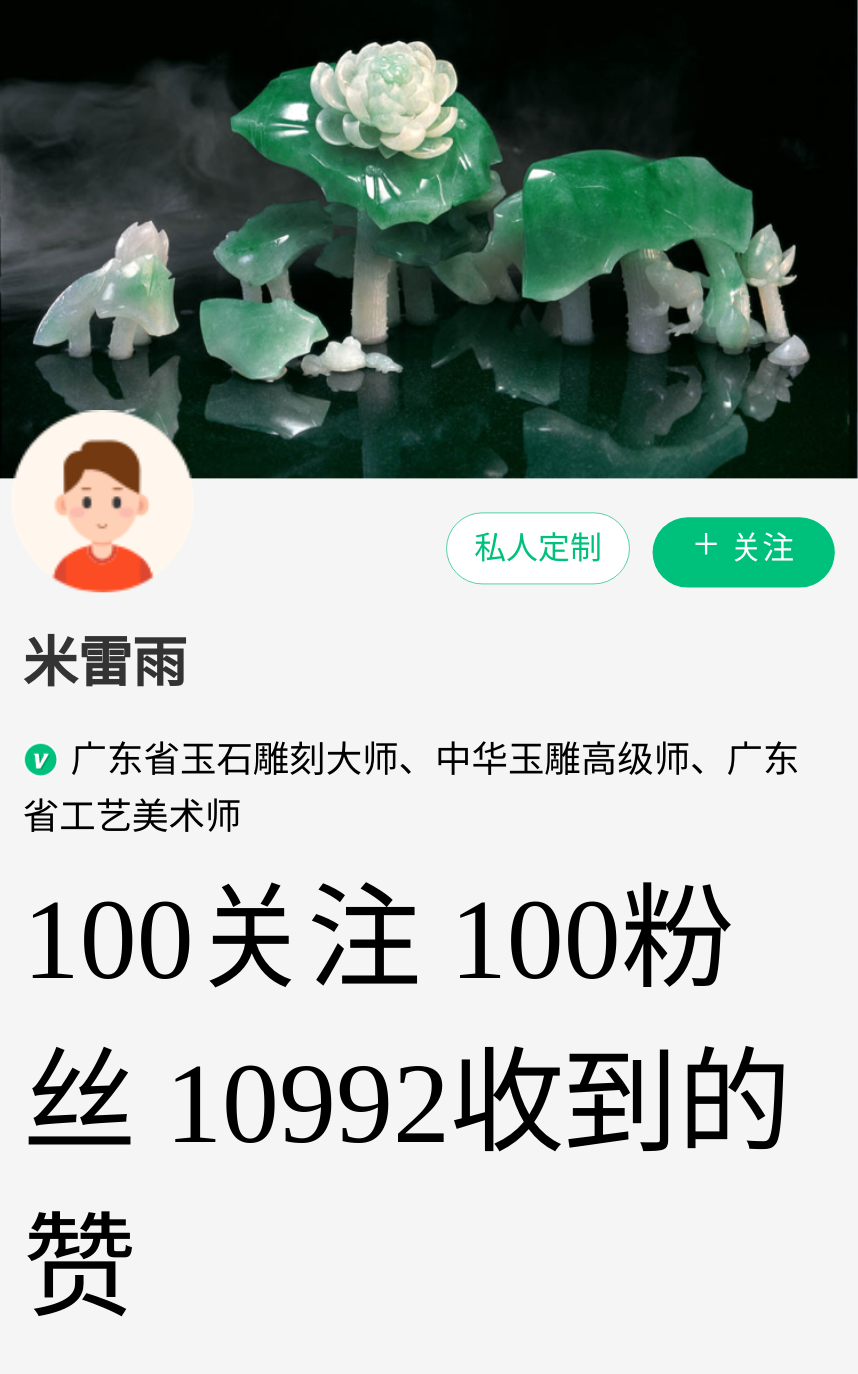
Repository: 1yanglulu/-
Page: html/jadecarvemaincenter.html
These files come from the project's save history. The page is drawn as it stood at one moment and after the next save; the edit follows.
The browser window is 1280 px wide. The pictures show the whole page, at 67% of full size.

Above is the page before, as saved 2020-01-07 14:31:01.

After the next save:
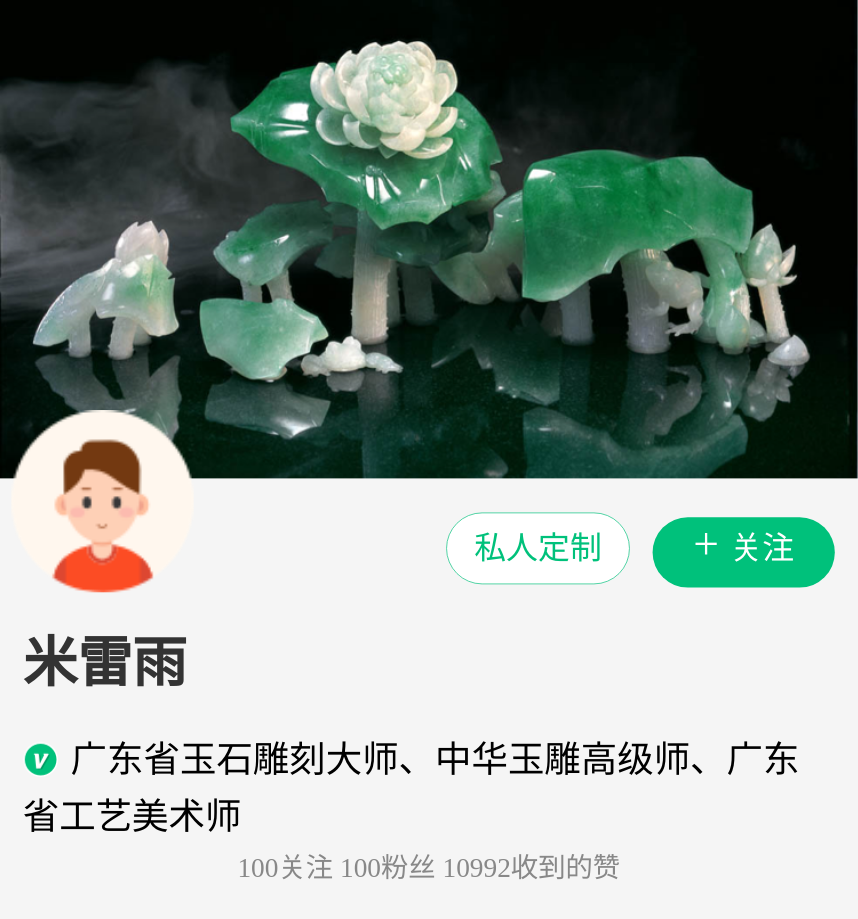
Saved 56 s later.
--- a/css/jadecarvemaincenter.css
+++ b/css/jadecarvemaincenter.css
@@ -77,3 +77,8 @@
   line-height: .5rem;
   vertical-align: middle;
 }
+.jade-hot-num{
+  font-size: .24rem;
+  color: #888888;
+  text-align: center;
+}
